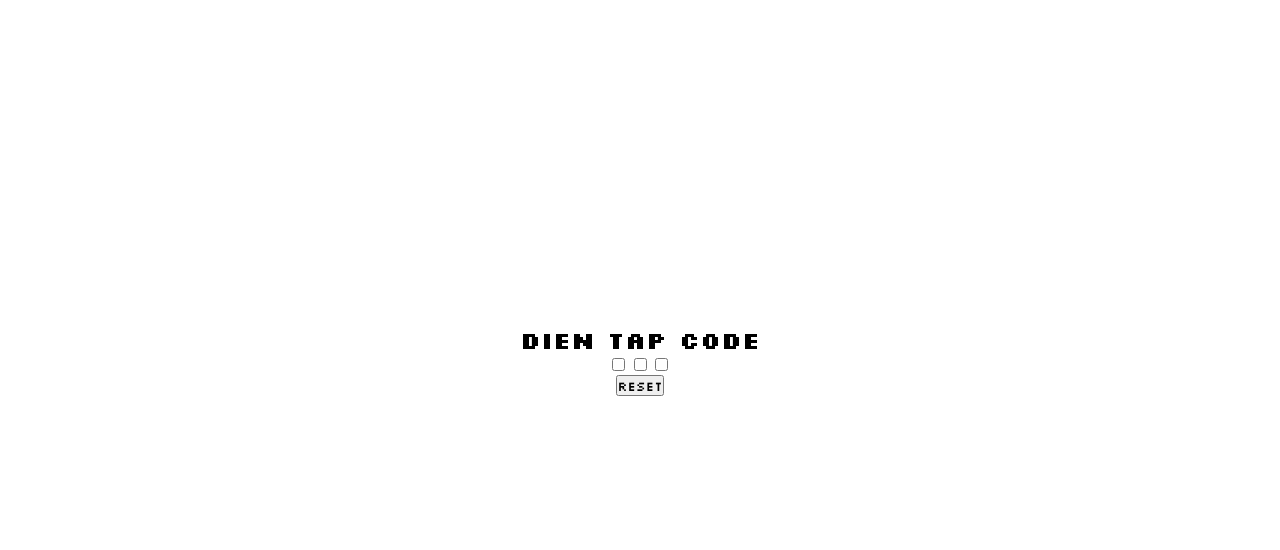
Repository: thanhdien235/matching-game
Page: matching-game/index.html
The author's editor kept a copy of each file at every save. The page is drawn from the files as they stood at one save, then again after the next save.
The browser window is 1280 px wide. The pictures show the whole page.

Above is the page before, as saved 2022-10-09 20:48:50.

After the next save:
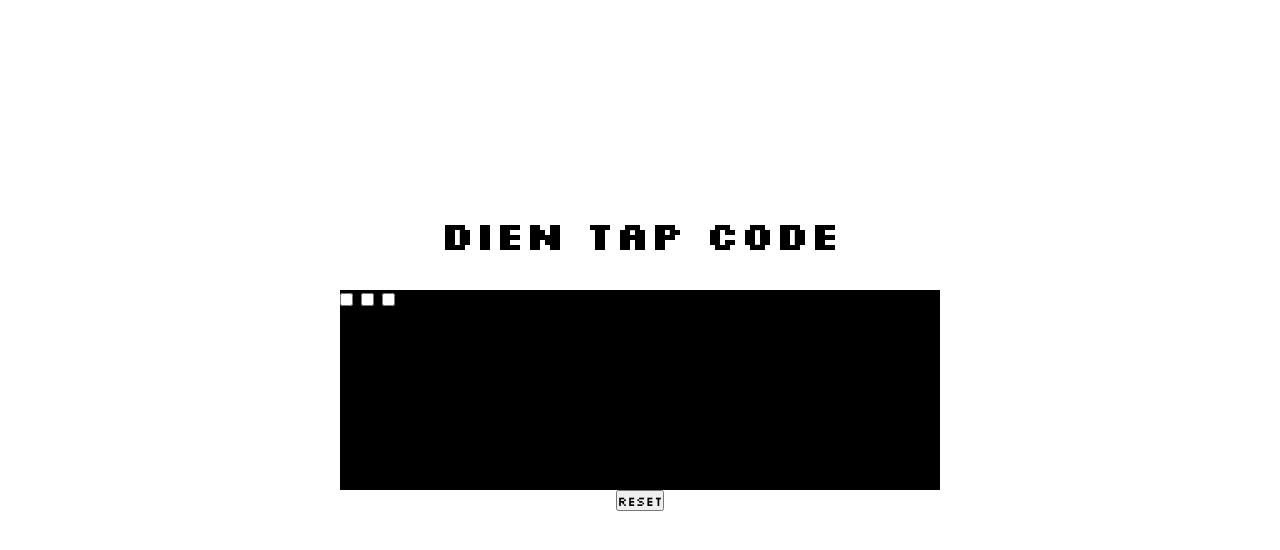
Saved 102 s later.
--- a/matching-game/main.css
+++ b/matching-game/main.css
@@ -12,3 +12,13 @@ body {
   flex-direction: column;
   min-height: 100vh;
 }
+h2 {
+  margin-bottom: 30px;
+  font-size: 2.5em;
+}
+.box {
+  position: relative;
+  width: 600px;
+  height: 200px;
+  background: #000;
+}
